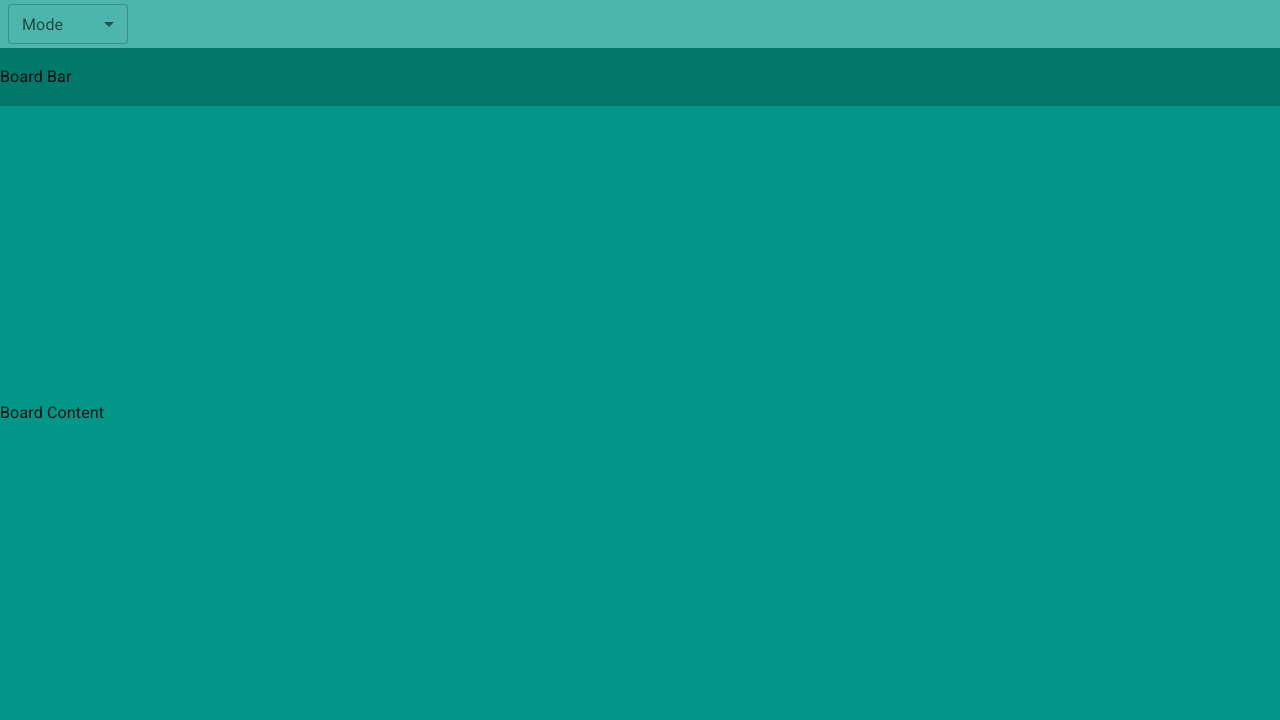
Repository: VoPhamKhanhTruong/trello-web
Page: /
An editor plug-in stored every save of this project. The page is shown before and after the next save, followed by the edit.
The browser window is 1280 px wide. The pictures show the whole page.
The project was rebuilt for these pictures with package versions that can differ from the ones it lists, and the page was loaded fresh each time. Also part of the build but not shown: vite.config.js.

Above is the page before, as saved 2024-08-07 17:33:48.

After the next save:
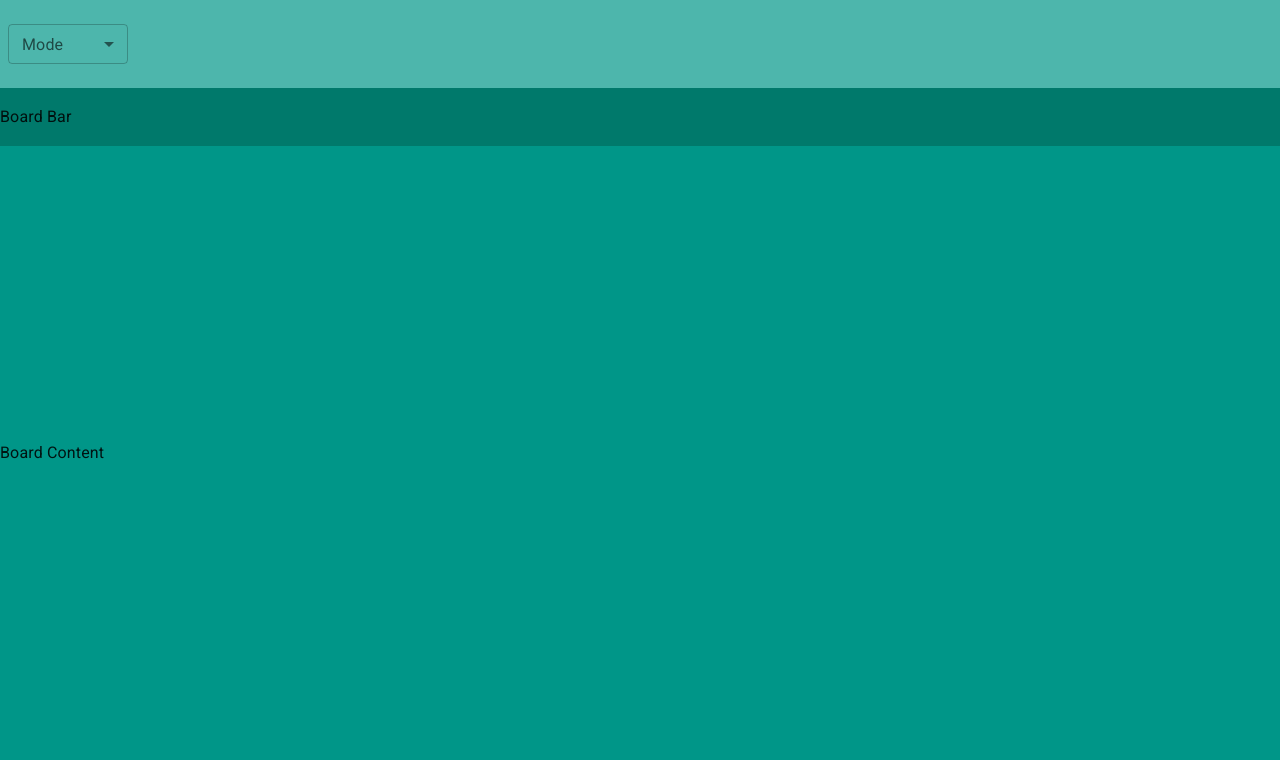
Saved 12 s later.
--- a/src/App.jsx
+++ b/src/App.jsx
@@ -62,7 +62,7 @@
       <Box sx={{
         backgroundColor: 'primary.light',
         width: '100%',
-        height: '48px',
+        height: '88px',
         display: 'flex',
         alignItems: 'center'
       }}>

After the save that followed:
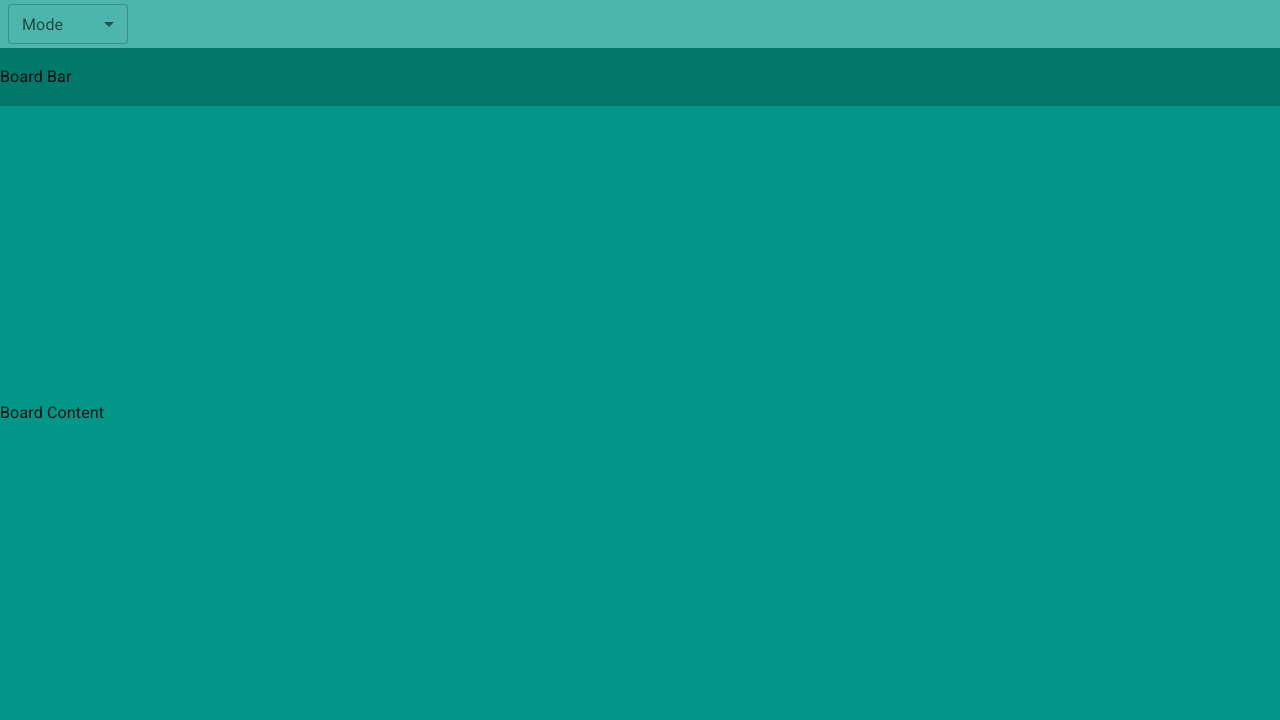
Saved 17 s later.
--- a/src/App.jsx
+++ b/src/App.jsx
@@ -62,7 +62,7 @@
       <Box sx={{
         backgroundColor: 'primary.light',
         width: '100%',
-        height: '88px',
+        height: '48px',
         display: 'flex',
         alignItems: 'center'
       }}>
